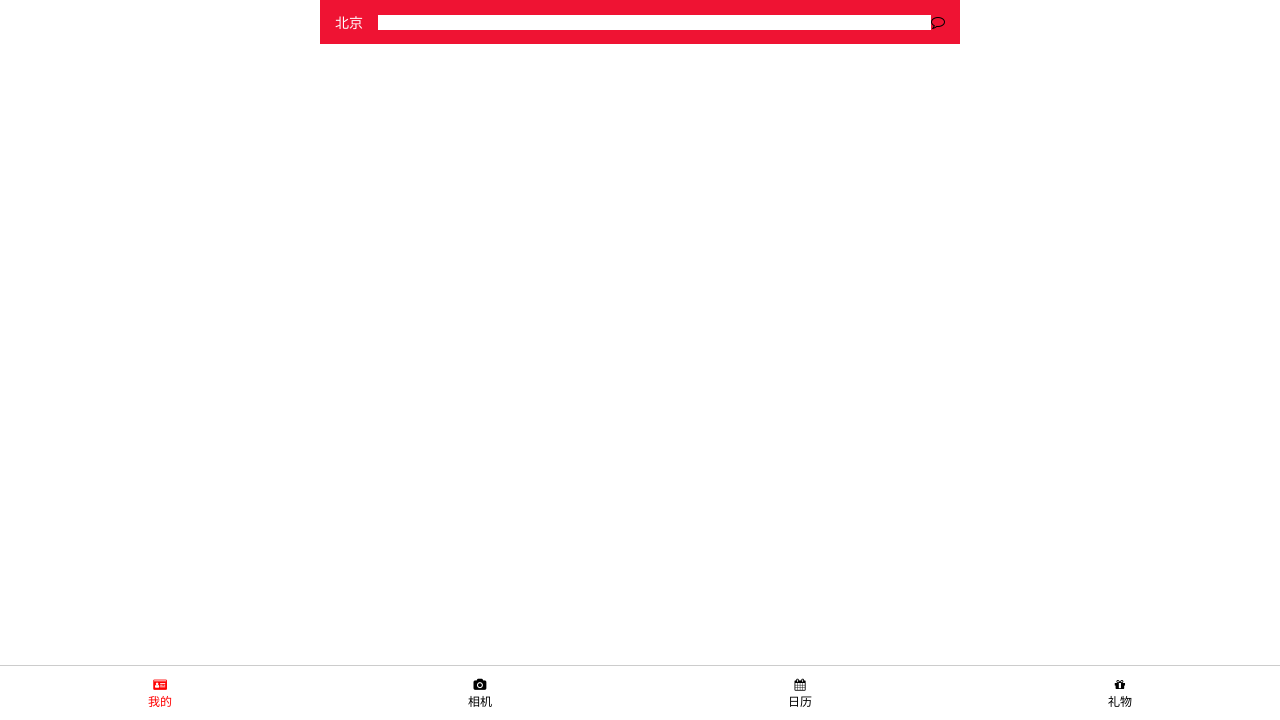
Repository: zhenzhen-gong/flextContent
Page: index.html
The author's editor kept a copy of each file at every save. The page is drawn from the files as they stood at one save, then again after the next save.
The browser window is 1280 px wide. The pictures show the whole page.

Above is the page before, as saved 2020-06-18 17:06:50.

After the next save:
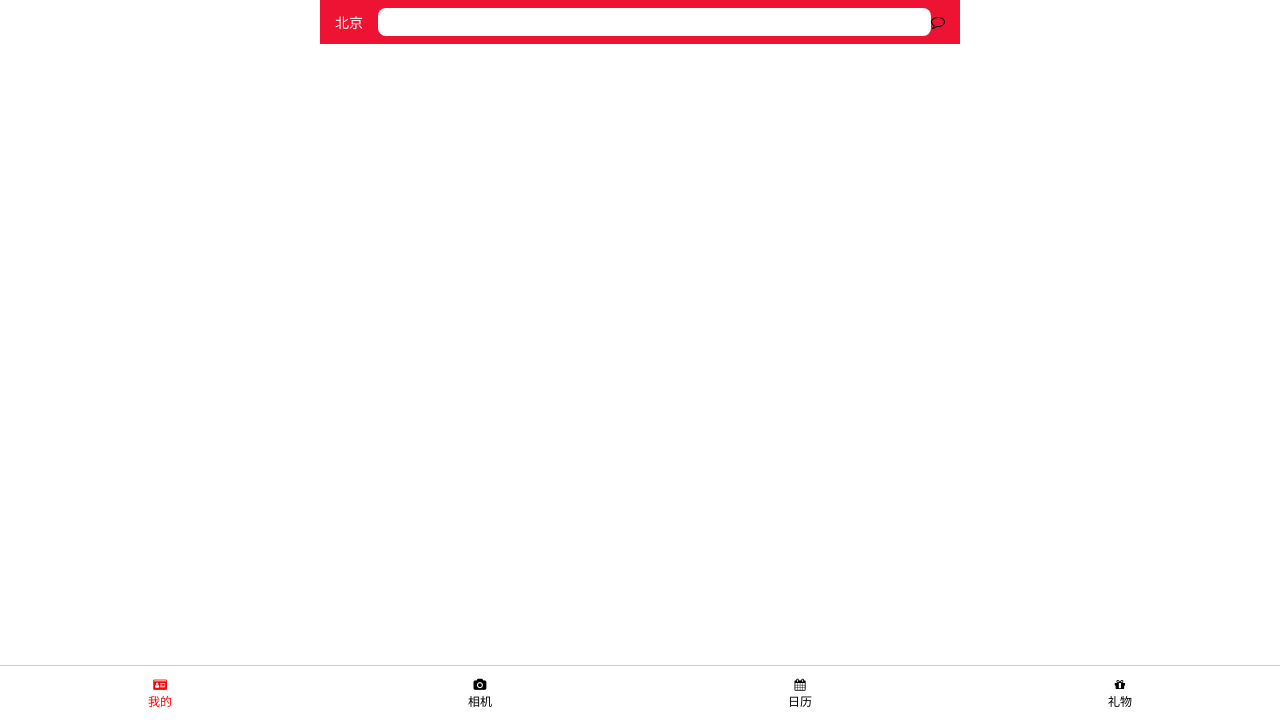
Saved 81 s later.
--- a/css/style.css
+++ b/css/style.css
@@ -34,6 +34,10 @@
 }
 .Tbox>header>input.middle-form{
    flex: 1;
+   box-sizing: border-box;
+   height: 28px;
+   border-radius: 8px;
+   border: none;
 }
 
 
